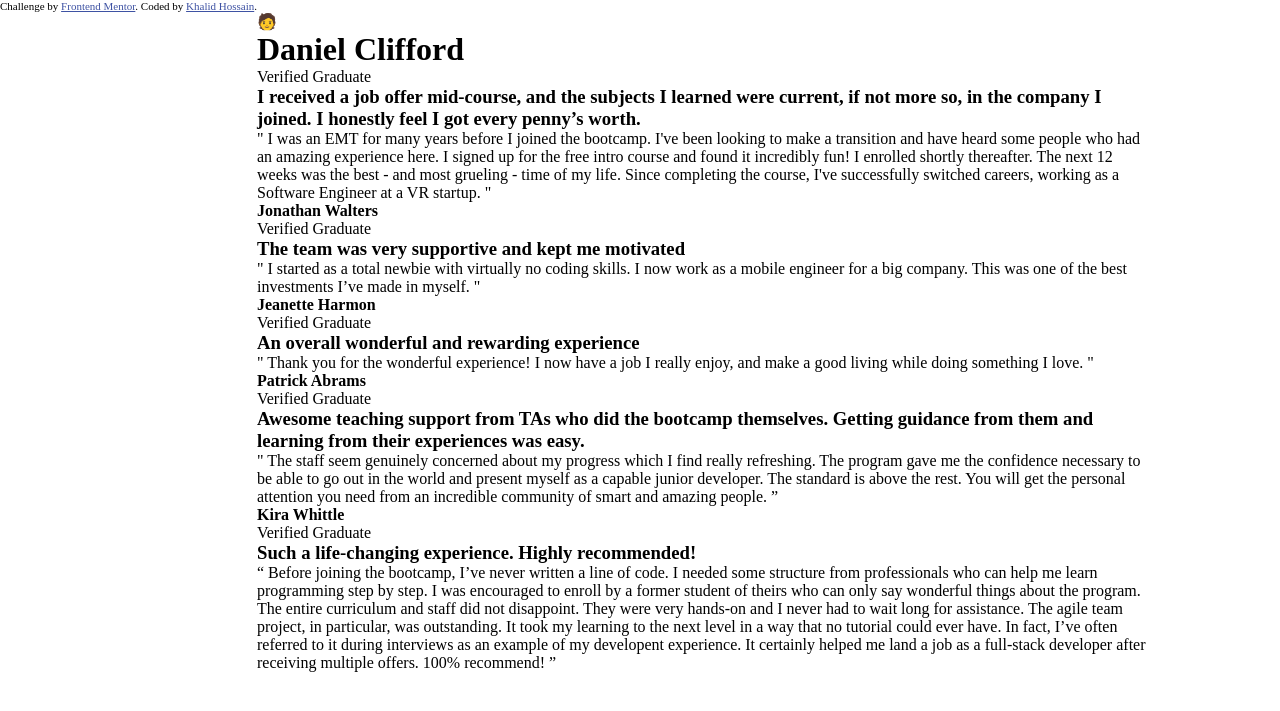
Repository: badhon252/Testimonials-Grid-Section
Page: index.html
The author's editor kept a copy of each file at every save. The page is drawn from the files as they stood at one save, then again after the next save.
The browser window is 1280 px wide. The pictures show the whole page.

Above is the page before, as saved 2023-02-18 15:28:00.

After the next save:
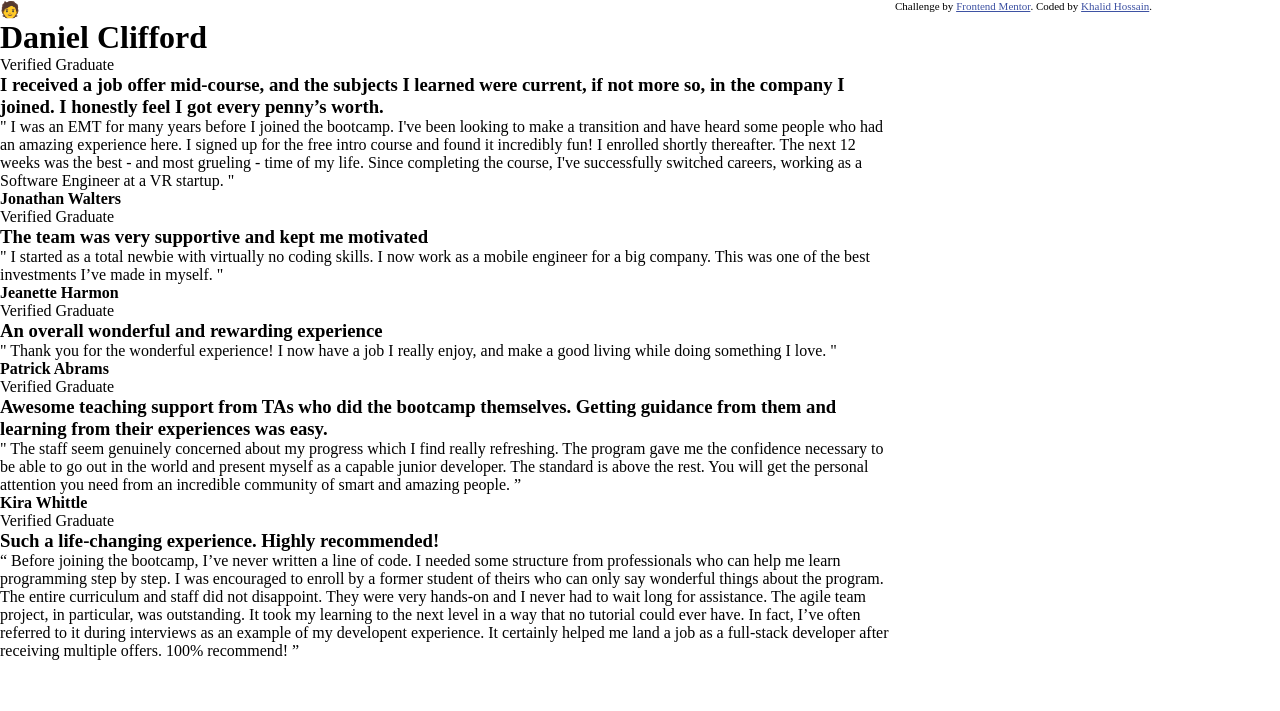
Saved 2 min 9 s later.
--- a/css/style.css
+++ b/css/style.css
@@ -14,7 +14,7 @@ body {
     display: grid;
     /* grid-template-columns: 1fr 1fr 1fr 1fr;
     grid-template-rows: 1fr 1fr 1fr 1fr; */
-    grid-template-areas: 'header header header header header header' 'menu main main main right right' 'menu footer footer footer footer footer';
+    grid-template-areas: 'box1 box1 box2 box3' 'box4 box5 box5 box3';
 }
 
 .box1 {
